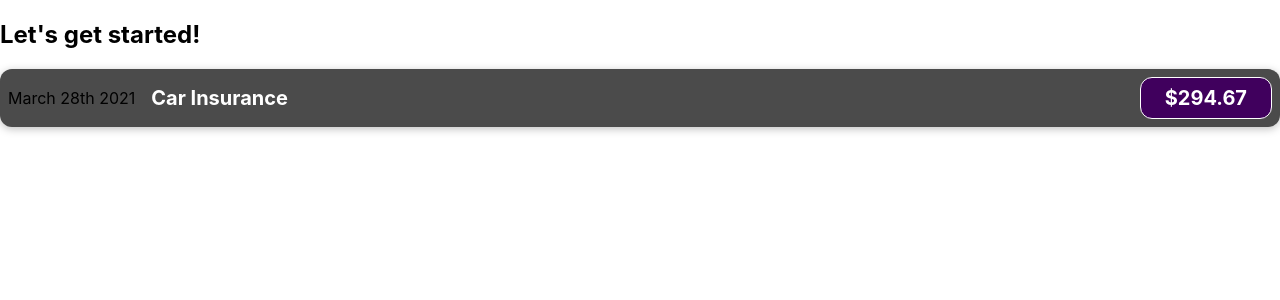
Repository: masamichan/react-complete-guide
Page: /
An editor plug-in stored every save of this project. The page is shown before and after a run of saves, followed by the edit.
The browser window is 1280 px wide. The pictures show the whole page.
The project was rebuilt for these pictures with package versions that can differ from the ones it lists, and the page was loaded fresh each time. Also part of the build but not shown: src/App.css.

Above is the page before, as saved 2023-03-26 10:07:32.

After the next 2 saves:
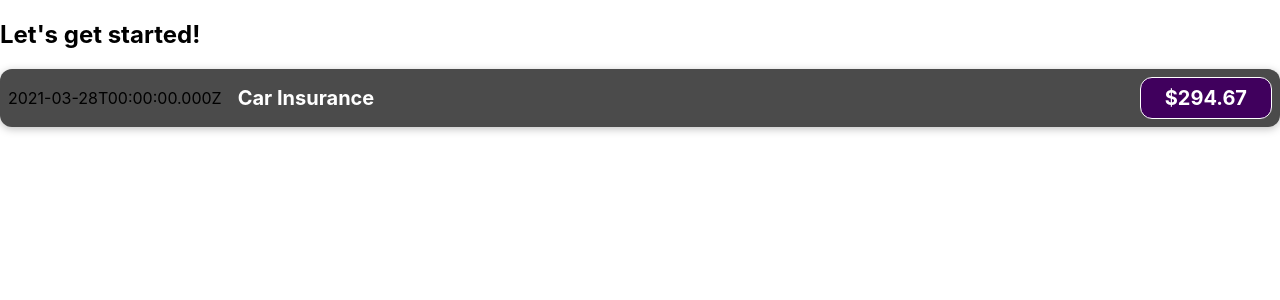
The 2 saves are shown as one change because 1 did not build or start.
The last was saved 2 min 33 s later.
--- a/src/components/ExpensItem.js
+++ b/src/components/ExpensItem.js
@@ -2,15 +2,15 @@ import "./ExpenseItem.css";
 
 function ExpenseItem() {
   const expenseDate = new Date(2021, 2, 28);
-  const expneseTitle = "Car Insurance";
+  const expenseTitle = "Car Insurance";
   const expenseAmount = 294.67;
 
   return (
     <div className="expense-item">
-      <div>March 28th 2021</div>
+      <div>{expenseDate.toISOString()}</div>
       <div className="expense-item__description">
-        <h2>Car Insurance</h2>
-        <div className="expense-item__price">$294.67</div>
+        <h2>{expenseTitle}</h2>
+        <div className="expense-item__price">${expenseAmount}</div>
       </div>
     </div>
   );
